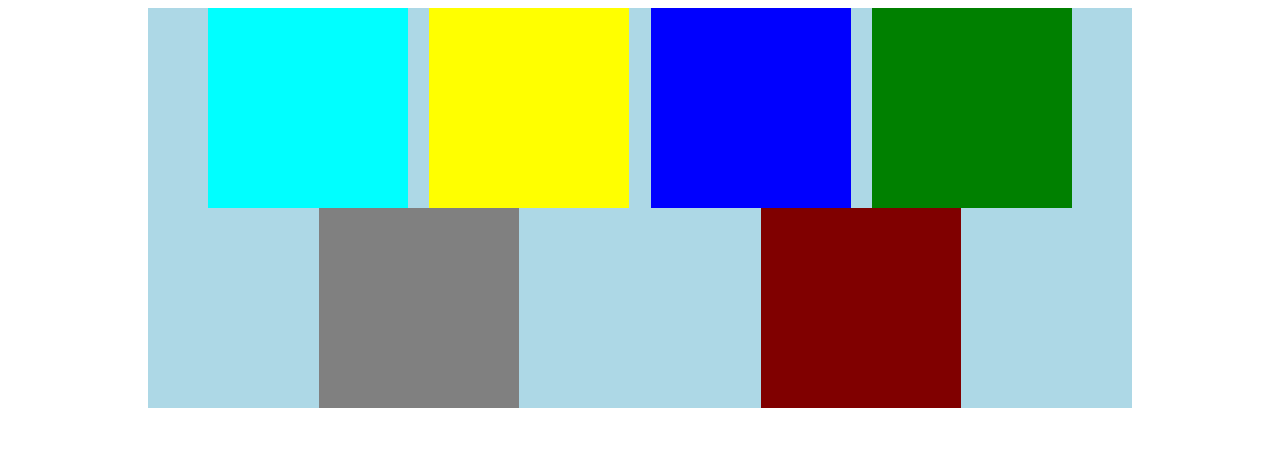
Repository: Sayan-100/Javascript
Page: PR4/index.html
An editor plug-in stored every save of this project. The page is shown before and after a run of saves, followed by the edit.
The browser window is 1280 px wide. The pictures show the whole page.

Above is the page before, as saved 2022-01-10 12:52:50.

After the next 2 saves:
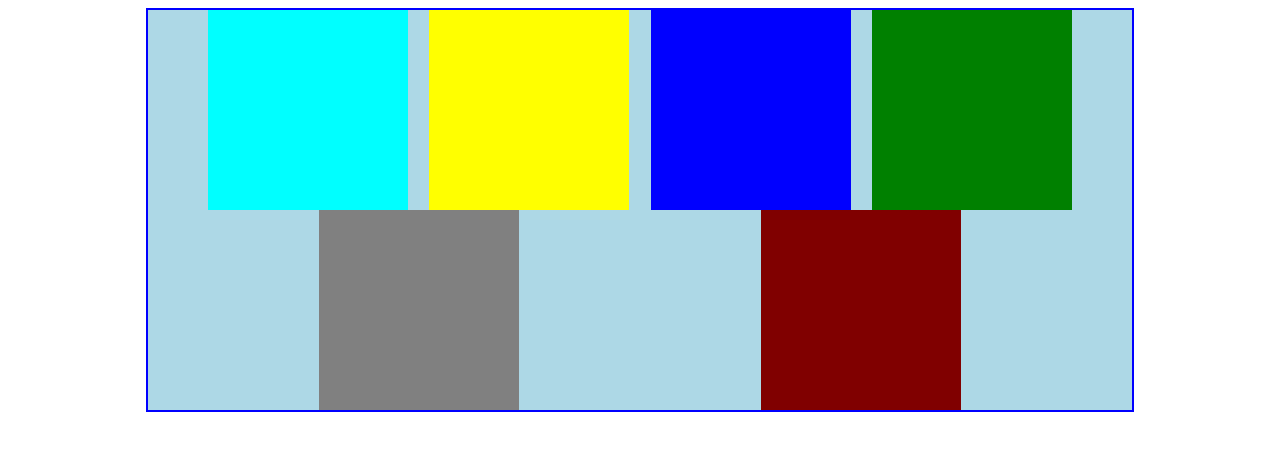
The 2 saves are shown as one change because they came seconds apart.
The last was saved 31 s later.
--- a/PR4/style.css
+++ b/PR4/style.css
@@ -41,4 +41,5 @@
     background-color: lightblue;
     flex-wrap: wrap;
     padding: 0 50px;
+    border: 2px solid blue;
 }
